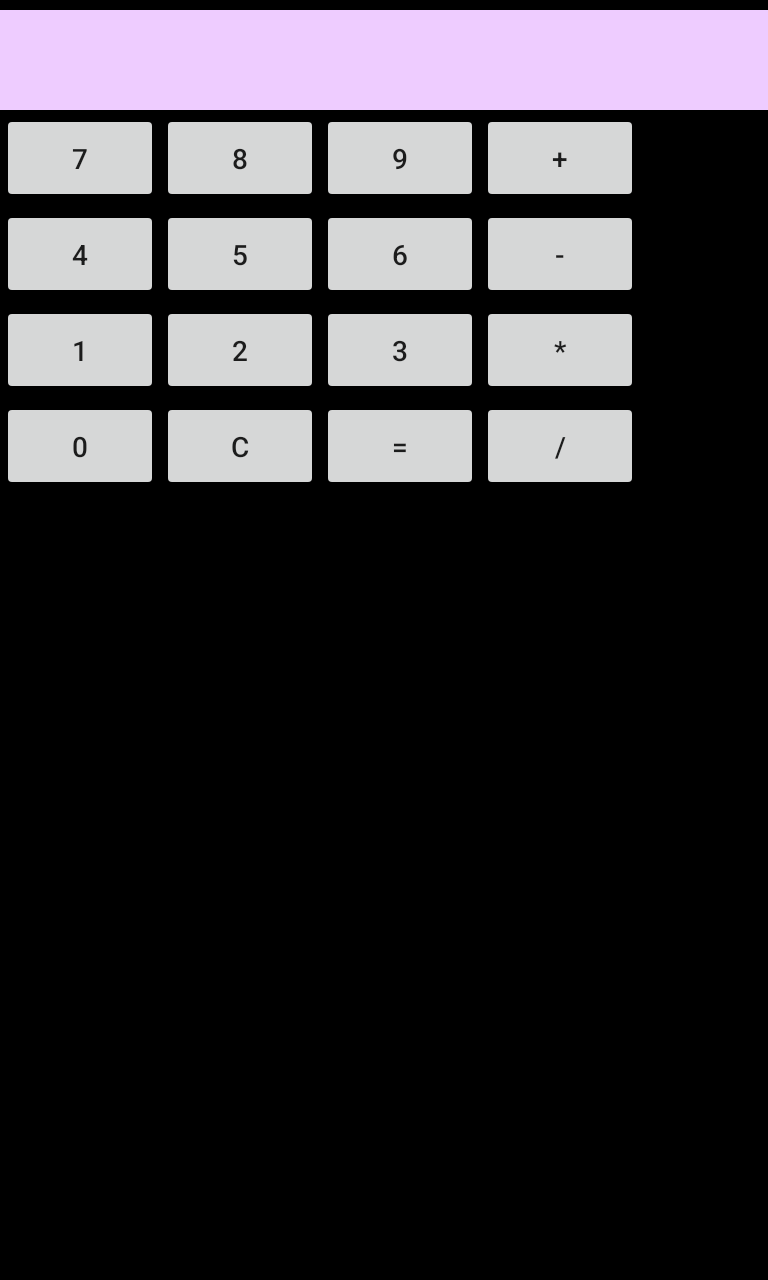
Repository: A207/guanjingjing
Layout: project/calculator_gjj/res/layout/activity_main.xml
An editor plug-in stored every save of this project. The layout is shown before and after the next save, followed by the edit.
It is drawn on a 768 x 1280 px phone screen (xhdpi) without system bars, with theme AppTheme; the app's code is not run.

Above is the layout before, as saved 2015-07-16 02:00:36.

After the next save:
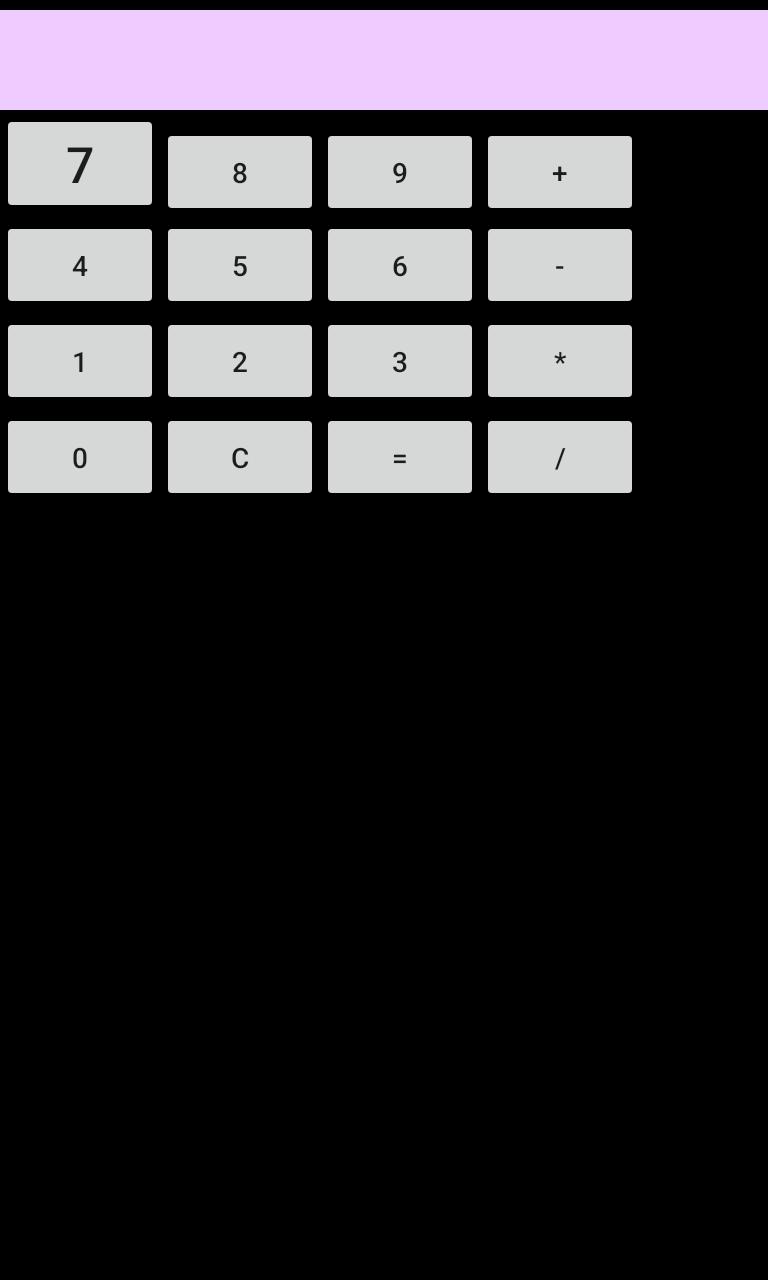
Saved 97 s later.
--- a/project/calculator_gjj/res/layout/activity_main.xml
+++ b/project/calculator_gjj/res/layout/activity_main.xml
@@ -29,7 +29,9 @@
             android:id="@+id/btn_calc_07"
             android:layout_width="80dip"
             android:layout_height="wrap_content"
-            android:text="7" />
+            android:textSize="25sp"
+            android:text="7"
+             />
 
         <Button
             android:id="@+id/btn_calc_08"
